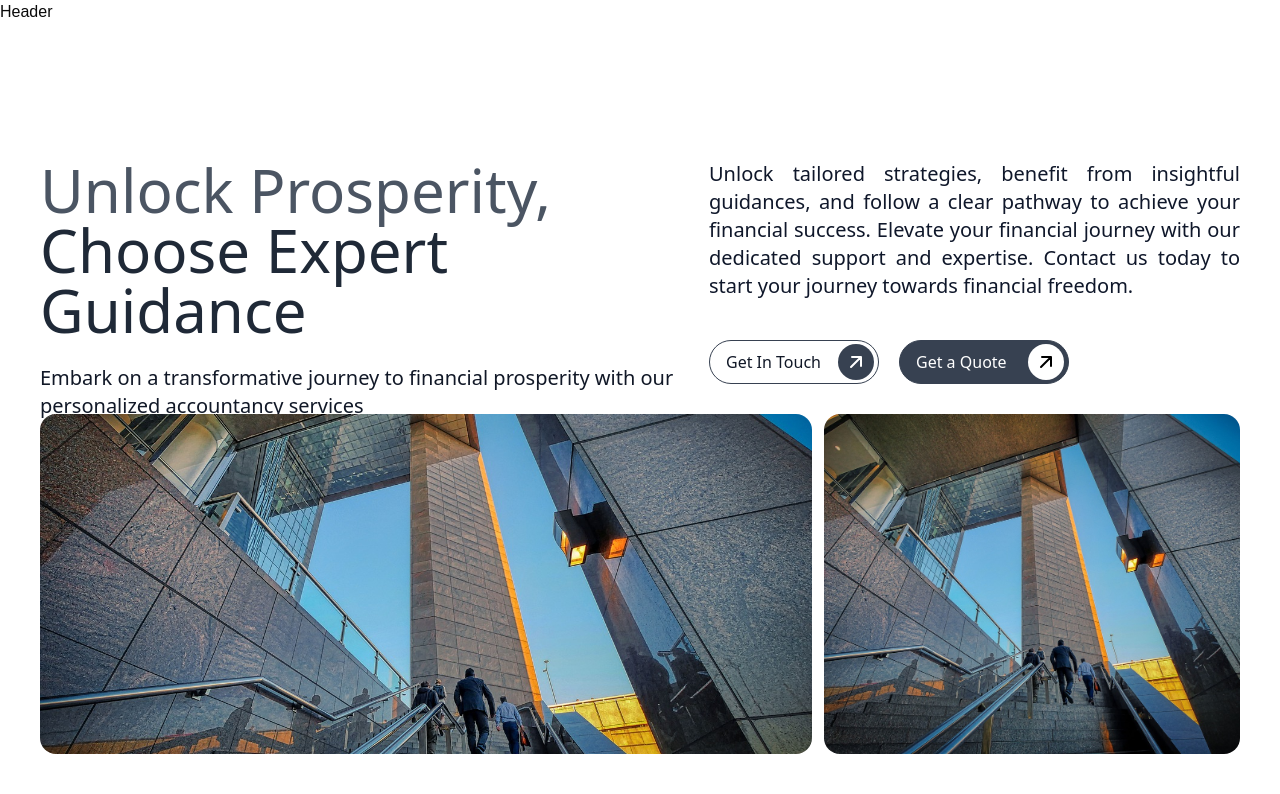
Repository: vespersolutionspk18/integrast-website
Page: /
These files come from the project's save history. The page is drawn as it stood at one moment and after the next save; the edit follows.
The browser window is 1280 px wide. The pictures show the whole page.
The project was rebuilt for these pictures with package versions that can differ from the ones it lists, and the page was loaded fresh each time. The framework's server and built-in components were replaced by stand-ins that run in the browser. Also part of the build but not shown: next.config.ts.

Above is the page before, as saved 2024-12-09 15:06:54.

After the next save:
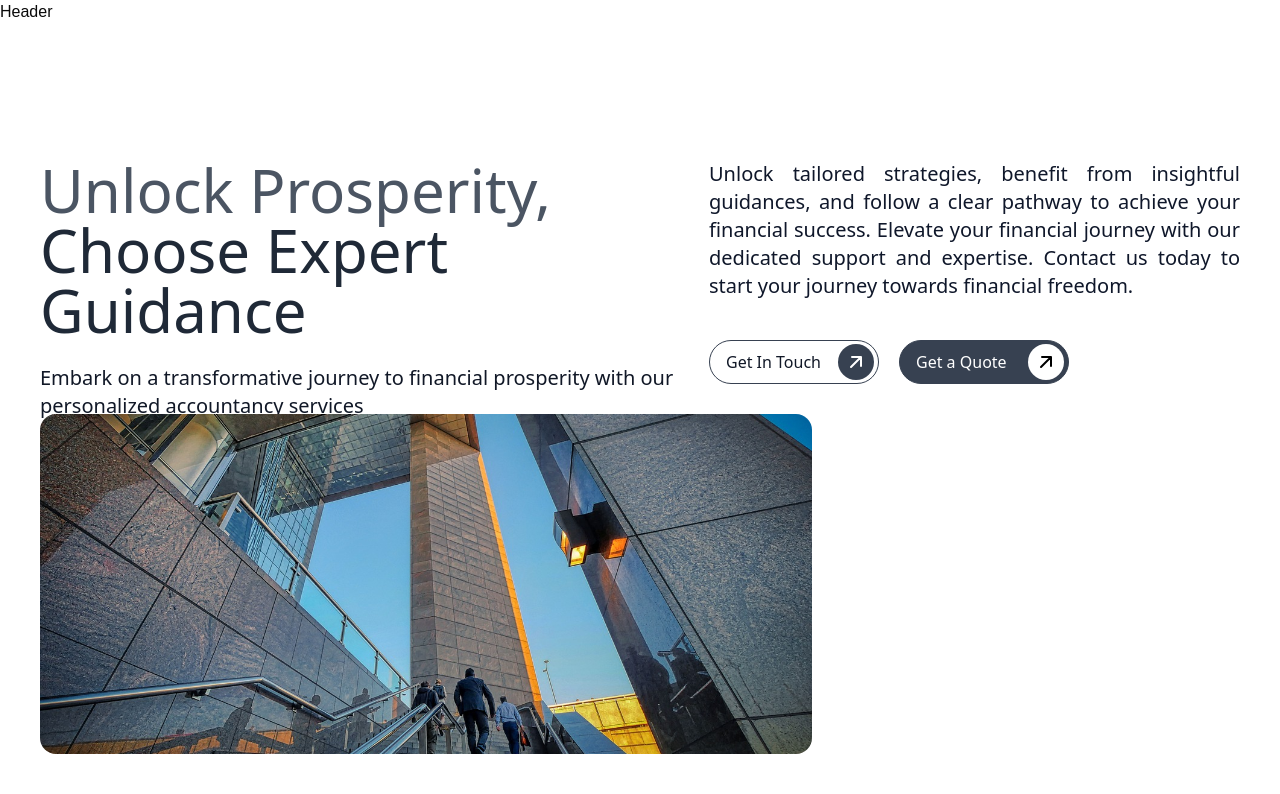
Saved 44 s later.
--- a/app/Hero.tsx
+++ b/app/Hero.tsx
@@ -42,7 +42,9 @@
 
         <div className="flex flex-row h-[340px] gap-3 mt-16">
             <div className="w-[65%] rounded-2xl bg-cover bg-center" style={{backgroundImage: `url('/assets/heroimage1.jpg')`}}></div>
-            <div className="w-[35%] rounded-2xl bg-cover bg-center" style={{backgroundImage: `url('/assets/heroimage1.jpg')`}}></div>
+            <div className="w-[35%] flex flex-col justify-between ">
+                <div className=" bg-cover bg-center" style={{backgroundImage: `url('/assets/heroimage1.jpg')`}}></div>
+            </div>
         </div>
     </div>
   )

After the 5 saves that followed:
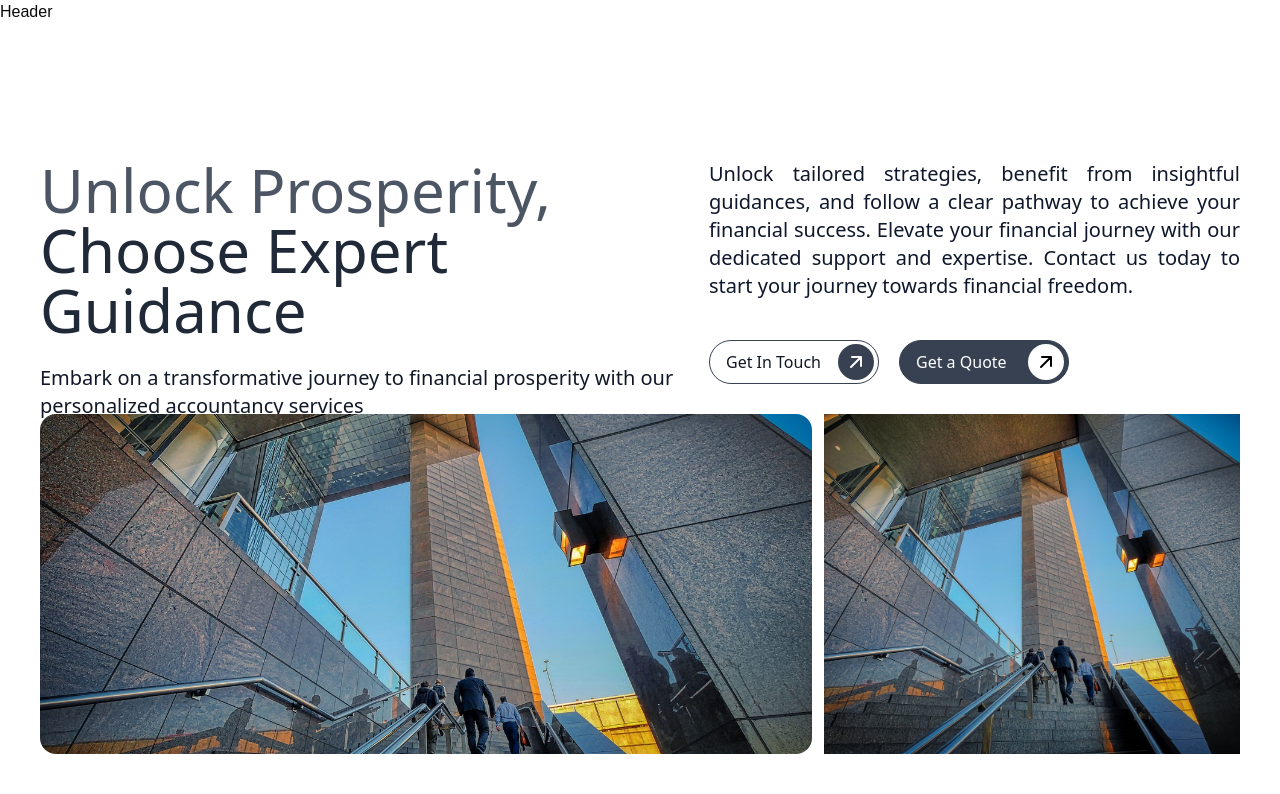
The 5 saves are shown as one change because 3 left the picture as it was and some came seconds apart.
The last was saved 45 s later.
--- a/app/Hero.tsx
+++ b/app/Hero.tsx
@@ -43,7 +43,7 @@
         <div className="flex flex-row h-[340px] gap-3 mt-16">
             <div className="w-[65%] rounded-2xl bg-cover bg-center" style={{backgroundImage: `url('/assets/heroimage1.jpg')`}}></div>
             <div className="w-[35%] flex flex-col justify-between ">
-                <div className=" bg-cover bg-center" style={{backgroundImage: `url('/assets/heroimage1.jpg')`}}></div>
+                <div className="w-full h-full bg-cover bg-center" style={{backgroundImage: `url('/assets/heroimage1.jpg')`}}></div>
             </div>
         </div>
     </div>
